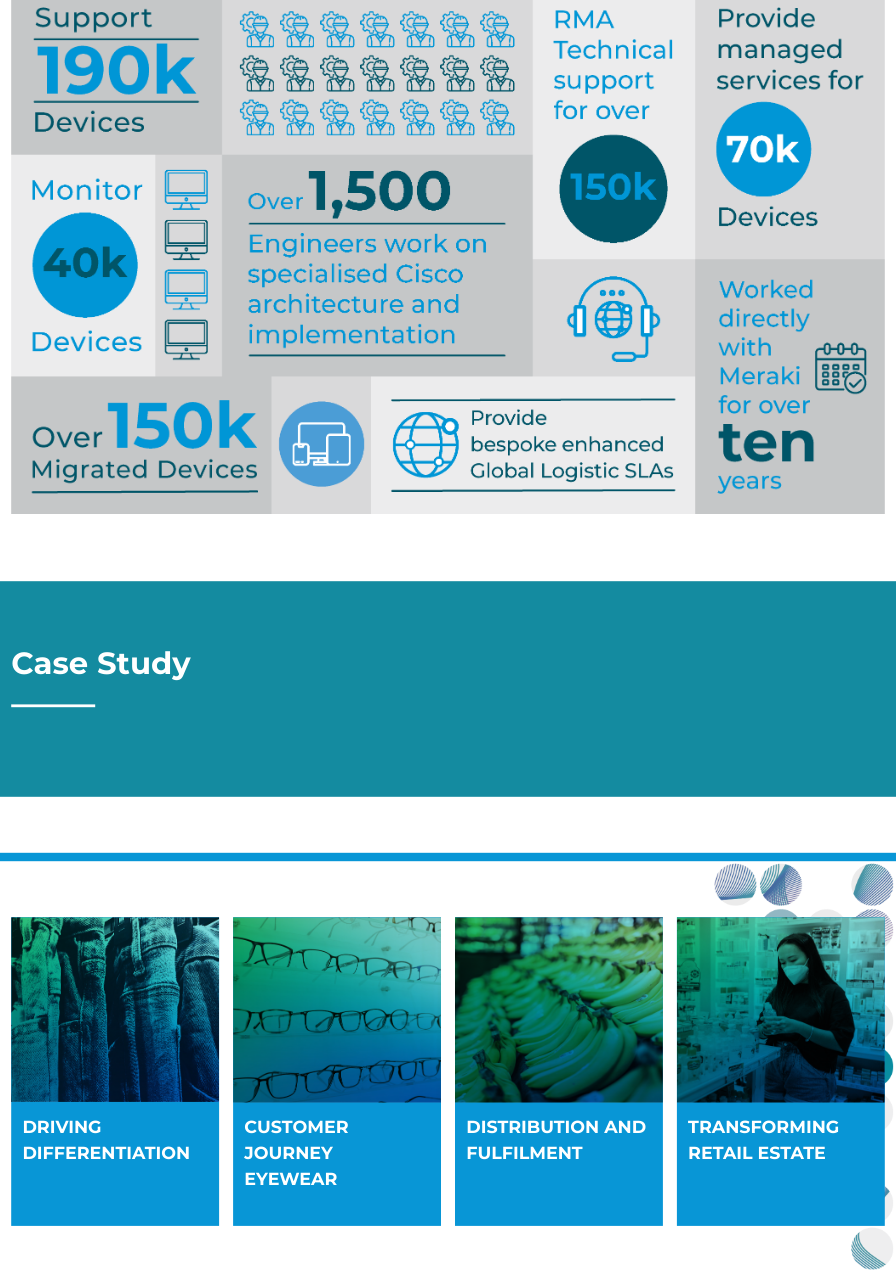
Repository: spaceship9999/ReactIsBack
Page: /
These files come from the project's save history. The page is drawn as it stood at one moment and after the next save; the edit follows.
The browser window is 1280 px wide. The pictures show the part of the page from y = 1805 to 3725 px (the page is 3637 px tall before and 3725 px after), at 70% of full size.
The page's requests for data from a server got no answer. The project was rebuilt for these pictures with package versions that can differ from the ones it lists, and the page was loaded fresh each time. The framework's server and built-in components were replaced by stand-ins that run in the browser. No one was signed in, and anything a server would have sent is missing. Also part of the build but not shown: next.config.js.

Above is the page before, as saved 2023-03-27 00:08:13.

### src/app/layout.tsx
import './globals.scss'

export const metadata = {
  title: 'Create Next App',
  description: 'Generated by create next app',
}

export default function RootLayout({
  children,
}: {
  children: React.ReactNode
}) {
  return (
    <html lang="en">
      <body>{children}</body>
    </html>
  )
}

### src/app/page.tsx
'use client'

import Link from "next/link";
import Header from "./Header";
import Award from "./Award";
import Banner from "./Banner";
import Posts from "./Posts";
import SingleColumnTextMedia from "./SingleColumnTextMedia";
import CaseStudy from "./CaseStudy";
import Introduction from "./Introduction";

export default function Home() {
  return (
    <main>
      <Header></Header>
      <Award/>
      <Banner
        heading="NSC operates in 180 countries across multiple time zones, currencies and languages"
        image="/img/Cisco_Banner.png" content="orem Ipsum is simply dummy text of the printing and typesetting industry. Lorem Ipsum has been the industry's standard dummy text ever since the 1500s, when an unknown printer took a galley of type and scrambled it to make a type specimen book. It has survived not only five centuries, but also the leap into electronic typesetting, remaining essentially unchanged." position={""}/>
      <Posts/>
      <SingleColumnTextMedia heading="Making our Retail customers&#8217; digital ambitions a reality with
        CISCO&#8217;s Meraki Dashboard"
        link={{ link: '/', title: '&#10084; <span class="font-montserrat">CTA</span> &#10084;'}}
        image="/img/NSC_Cisco_Infographic.png"
        content="Lorem Ipsum is simply dummy text of the printing and typesetting industry. Lorem Ipsum has been the industry's standard dummy text ever since the 1500s, when an unknown printer took a galley of type and scrambled it to make a type specimen book. It has survived not only five centuries, but also the leap into electronic typesetting, remaining essentially unchanged.">
      </SingleColumnTextMedia>
      <CaseStudy></CaseStudy>
      <Introduction/>
    </main>
  )
}

### src/app/globals.scss
@tailwind base;
@tailwind components;
@tailwind utilities;

@import "./scss/fonts";
@import "./scss/global";
@import "./scss/typography";

### src/app/Header.tsx
import Link from "next/link";

export default function Header() {
    return (
        <div className="container py-5">
            <div className="flex justify-between items-center">
                <Link href="/" >
                    <Logo className="w-[85px] h-[50px]" />
                </Link>
                <nav className="flex gap-7 font-montserrat font-medium text-grey">
                    <Link href="/who-we-are" >
                        Who we are
                    </Link>
                    <Link href="/what-we-do" >
                        What we do
                    </Link>
                    <Link href="/what-we-do" >
                        Service portfolio
                    </Link>
                    <Link href="/what-we-do" >
                        Case studies
                    </Link>
                    <Link href="/what-we-do" >
                        Partners
                    </Link>
                    <Link href="/what-we-do" >
                        Work with us
                    </Link>
                    <Link href="/what-we-do" >
                        Careers
                    </Link>
                    <Link href="/what-we-do" >
                        Contact
                    </Link>
                    <button className="flex items-center gap-x-1">
                        <img src="/img/gb-flag.png" className="w-full"/>
                        English
                    </button>
                    <button>
                        <Search/>
                    </button>
                </nav>
            </div>
        </div>
    )
}


const Logo = (props : { className: string}) => {
    const { className } = props;
    return (
        <svg className={className} xmlns="http://www.w3.org/2000/svg" viewBox="0 0 283.4 156" preserveAspectRatio="xMinYMid meet">
            <path id="nsc_global_logo" d="M67,107.8a10.074,10.074,0,0,1-10,9.9c-5.9.2-11.2-4.5-11.2-9.9V71.6c0-7.4-4.1-11.5-12.4-11.5-6.3,0-12.2.6-12.2,4.2v43.5c0,5.4-4.4,9.9-10.9,9.9-4.9,0-10.3-4.4-10.3-9.9V54.2c0-3.6,1-5.3,3.5-7C8,44,18.6,39.3,34,39.3c21.6,0,33,11.2,33,31.2Zm48.8-37.6L106,68c-6.4-1.4-7.3-3.2-7.3-5,0-3,3.1-4.7,8.6-4.7a31.5,31.5,0,0,1,10.9,2.5,19.538,19.538,0,0,0,7.6,2,8.7,8.7,0,0,0,6.7-3.1,10.468,10.468,0,0,0,2.5-7.6,9.067,9.067,0,0,0-3.5-6.6c-4.9-4-13.9-6.5-23.5-6.5-18,0-29.7,9.6-29.7,24.4,0,11.1,7.4,18.9,21.3,22.5,3.8,1,4.8,1.2,6.8,1.6.9.2,1.9.4,3.5.8,6.2,1.5,7.1,3.5,7.1,5.3,0,4.6-6.5,5.1-9.3,5.1a31.582,31.582,0,0,1-15.9-4.4,12.9,12.9,0,0,0-6.2-2A9.431,9.431,0,0,0,78,96.2c-3,3.9-2.1,10,1.9,13.3,4.6,3.8,13,8.3,27.4,8.3,18.2,0,30.4-10.2,30.4-25.4-.1-11.4-7.2-18.7-21.9-22.2Zm95.9,19.2c-2.2-2.9-6.3-4.2-10-4-4.7.2-7.3,1.7-9,4.9-2.7,4.7-6.5,7.3-12.2,7.3-7.8,0-12.9-4.9-13.7-12.9a95.4,95.4,0,0,1,0-13.1c.8-7.7,5.8-12.1,13.7-12.1a13.278,13.278,0,0,1,11.2,6.1c2.7,3.9,5.7,5.1,8.8,5.2,3.7.2,8-.7,10.6-3.9,1.4-1.7,1.7-4.3,1-7C209.8,51,199,39.2,179.9,39.2c-19,0-33.1,12.1-34.2,29.5a152.151,152.151,0,0,0,0,19.1c1.5,17.5,15.9,30.3,34.2,30.3,19.1,0,29.9-10.6,33-21.3.8-3.3.1-5.7-1.2-7.4Zm60,12.3c0-14.8,11.7-17.8,11.7-23.7s-11.7-8.9-11.7-23.7V15.9A15.939,15.939,0,0,0,255.8,0H231c-6.1,0-11,4-11,10,0,6.3,5.1,10.3,11.1,10.3h14.6a4.739,4.739,0,0,1,4.8,4.8V54.3c0,18.9,9.7,20.5,9.7,23.7s-9.7,4.9-9.7,23.7v29.2a4.739,4.739,0,0,1-4.8,4.8H231.1c-6,0-11.1,3.9-11.1,10.3,0,6,4.9,10,11.1,10h24.8a15.938,15.938,0,0,0,15.9-15.9V101.7Z" fill="#0f1c54"></path>
        </svg>
    )
}

const Search = () => {
    return (
        <svg xmlns="http://www.w3.org/2000/svg" className="w-3 h-3" fill="currentColor" viewBox="0 0 16 16">
            <path d="M11.742 10.344a6.5 6.5 0 1 0-1.397 1.398h-.001c.03.04.062.078.098.115l3.85 3.85a1 1 0 0 0 1.415-1.414l-3.85-3.85a1.007 1.007 0 0 0-.115-.1zM12 6.5a5.5 5.5 0 1 1-11 0 5.5 5.5 0 0 1 11 0z" />
        </svg>
    )
}

### src/app/Award.tsx
export default function Award() {
    return (
        <div className="bg-light-grey py-5">
            <div className="container">
                <img className="w-[125px] shadow-md" src="/img/cisco-partner-o.png"/>
            </div>
        </div>
    )
}

### src/app/Banner.tsx

interface BannerProps {
    heading: string;
    content: string;
    image: string;
    position: string;
}



export default function Banner({heading, content, image, position = "center"}: BannerProps) {
    return (
        <div className="py-20 md:py-24 lg:py-[185px] relative overflow-hidden">
            <img src={image}
             className={`absolute inset-0 w-full h-full object-cover ${position === 'center' ? 'object-center': 'object-start'}`}/>
             <div className="container">
                <div className="flex flex-col items-center relative z-10 text-white md:max-w-[910px] text-center md:text-left">
                    <h2 className="text-white font-montserrat t-36 font-bold mb-6">{heading}</h2>
                    <div className="font-rubik t-24 lg:pr-20">
                        { content }
                    </div>
                </div>
             </div>
        </div>
    )
}

### src/app/Posts.tsx
import usePosts from "./hooks/usePosts";

export default function Posts() {
    const posts = usePosts();
    return (
        <div className="bg-gradient-to-r from-[#148ca0] to-[#0f1c54] py-16">
            <div className="container">
                <div className="lg:px-10">
                    <h2 className="text-white t-48 font-montserrat font-bold pb-4 lg:pb-10 relative leading-none
                                after:absolute after:left-0 after:bottom-0 after:h-[4px] after:w-[120px] after:bg-white">
                        Latest posts
                    </h2>
                    <div className="mt-9 mb-12 font-rubik text-white">
                        <div className="mb-3">
                            We solve all kinds of business problems.
                        </div>
                        <div className="font-medium">
                            Below are just a few we&apos;ve done recently...
                        </div>
                    </div>
                    <div className="grid grid-cols-1 md:grid-cols-2 lg:grid-cols-3 gap-x-9 gap-y-8 xl:gap-x-[72px] xl:gap-y-[60px] ">
                        {
                            posts?.map((post) =>
                            (
                                <div key={post?.id} className="flex flex-col justify-between p-8 bg-white font-rubik">
                                    <div>
                                        <h3 className="t-18 text-dark-blue font-medium pb-4 relative leading-[1.33]
                                        after:absolute after:bottom-0 after:left-0 after:w-[80px] after:h-[2px] after:bg-light-green">{post?.title}</h3>
                                        <div className="pt-4 t-14 leading-[1.2] text-dark-blue mb-6">
                                            {post?.body}
                                        </div>
                                    </div>
                                    <div>
                                        <a className="inline-block bg-light-green text-white t-14 rounded-full px-5 py-[10px] font-semibold tracking-tight" href={`/post/${post?.id}`}>
                                            Read more <span className="font-normal ml-1">&gt;</span>
                                        </a>
                                    </div>
                                </div>
                            )
                            )
                        }
                    </div>
                    <div className="pt-14 flex flex-col lg:flex-row gap-y-4 font-rubik items-center justify-between">
                        <div className="flex gap-1">
                            <button className="rounded-full flex justify-center items-center bg-white text-dark-blue w-9 h-9 font-bold">1</button>
                            <button className="rounded-full flex justify-center items-center bg-white text-grey w-9 h-9 font-bold">2</button>
                            <button className="rounded-full flex justify-center items-center bg-white text-grey w-9 h-9 font-bold">3</button>
                            <button className="rounded-full flex justify-center items-center bg-white text-grey w-9 h-9 font-bold text-sm">&gt;</button>
                            <button className="rounded-full flex justify-center items-center bg-white text-grey w-9 h-9 font-bold text-sm">&gt;&gt;</button>
                        </div>
                        <div className="font-bold text-white">
                            Page 1 of 18
                        </div>
                    </div>

                </div>

            </div>
        </div>
    )
}

### src/app/SingleColumnTextMedia.tsx
interface button {
    link: string,
    title: string
}

interface TextMedia {
    heading: string,
    content: string,
    link: button,
    image: string
}

import { motion } from "framer-motion"

export default function SingleColumnTextMedia({ heading, content, link, image }: TextMedia) {
    return (
        <div className="container">
            <div className="pt-12 pb-24">
                <div className="xl:pr-24 text-dark-blue">
                    <h3 className=" font-montserrat t-36 font-bold mb-5">{heading}</h3>
                    <div className="font-rubik t-20 leading-[1.8] mb-8">{ content }</div>
                    {
                        link && (
                            <motion.a
                                whileHover={{ scale: 1.2, transition: { duration: 1, ease: [0, .6, .18, .98]}}}
                            className="inline-block py-6 px-[70px] t-20 text-white bg-light-blue font-bold rounded-[1.8rem]
                            outline outline-1 outline-offset-4 outline-light-blue" href={link?.link}
                            dangerouslySetInnerHTML={{__html: link.title}}/>
                        )
                    }
                </div>
                {
                    image && (
                        <div className="mt-32">
                            <img src={image} className="w-full" />
                        </div>
                    )
                }
            </div>
        </div>

    )
}

### src/app/CaseStudy.tsx
import { motion } from "framer-motion";
import usePosts from "./hooks/usePosts";


export default function CaseStudy() {
    const posts = usePosts();
    return (
        <div className="bg-light-green py-24 mb-20">
            <div className="container">
                <h2 className="text-white t-48 font-montserrat font-bold pb-4 lg:pb-10 relative leading-none mb-8
                            after:absolute after:left-0 after:bottom-0 after:h-[4px] after:w-[120px] after:bg-white">
                    Case Study
                </h2>
                <div className="grid grid-cols-1 md:grid-cols-2 lg:grid-cols-3 gap-x-9 gap-y-8 xl:gap-x-[72px] xl:gap-y-[60px] ">
                    {
                        posts?.map((post) =>
                        (
                            <div key={post?.id} className="flex flex-col justify-between bg-white font-rubik">
                                <div className="">
                                    <div className="aspect aspect-[4/3] ">
                                        <img className="w-full h-full object-cover object-center" src="https://picsum.photos/410/200" />
                                    </div>
                                    <div className="px-8 pt-8">
                                        <h3 className="t-18 text-dark-blue font-medium pb-4 relative leading-[1.33]
                                        after:absolute after:bottom-0 after:left-0 after:w-[80px] after:h-[2px] after:bg-light-green">{post?.title}</h3>
                                        <div className="pt-4 t-14 leading-[1.2] text-dark-blue mb-6">
                                            {post?.body}
                                        </div>
                                    </div>
                                </div>

                                <div className="px-8 p-8">
                                    <motion.a
                                        whileHover={{ scale: 1.2, transition: { duration: 1, ease: [0, .6, .18, .98] }}}
                                        className="inline-block bg-light-green text-white t-14 rounded-full px-5 py-[10px] font-semibold tracking-tight" href={`/post/${post?.id}`}>
                                        Read more <span className="font-normal ml-1">&gt;</span>
                                    </motion.a>
                                </div>
                            </div>
                        )
                        )
                    }
                </div>
            </div>
        </div>

    )
}

### src/app/scss/_fonts.scss
@font-face {
    font-family: 'Rubik';
    font-display: swap;
    font-style: italic;
    src: url(/fonts/Rubik-Italic-VariableFont_wght.ttf) format('truetype'),
}

@font-face {
    font-family: 'Rubik';
    font-display: swap;
    font-style: normal;
    src: url(/fonts/Rubik-VariableFont_wght.ttf) format('truetype'),
}

@font-face {
    font-family: 'Montserrat';
    font-display: swap;
    font-style: normal;
    src: url(/fonts/Montserrat-VariableFont_wght.ttf) format('truetype'),
}

@font-face {
    font-family: 'Montserrat';
    font-display: swap;
    font-style: italic;
    src: url(/fonts/Montserrat-Italic-VariableFont_wght.ttf) format('truetype'),
}

### src/app/scss/_global.scss
.container {
    width: 100%;
    max-width: 1342px;
    padding-left: 1rem;
    padding-right: 1rem;
}

### src/app/scss/_typography.scss
.t-48 {
    font-size: clamp(24px, 3.429vw, 48px);
}
.t-36 {
    font-size: clamp(24px, 2.571vw, 36px);
}

.t-25 {
    font-size: clamp(24px, 2.571vw, 25px);
}

.t-24 {
    font-size: clamp(16px, 1.286vw, 24px);
}
.t-20 {
    font-size: clamp(16px, 1.286vw, 20px);
}
.t-18 {
    font-size: clamp(16px, 1.286vw, 18px);
}

.t-14 {
    font-size: clamp(14px, 1.286vw, 14px);
}

### src/app/hooks/usePosts.tsx
import { useEffect, useState } from "react";

interface Post {
    userId: number,
    id: number,
    title: string,
    body: string,
}


export default function usePosts(currentPage = 0, numPosts = 6) {
    const [ posts, setPosts ] = useState<Post[]>([]);
    useEffect(() => {
        async function fetchData() {
            const rsult = await fetch("https://jsonplaceholder.typicode.com/posts/")
            const posts = await rsult.json()
            setPosts(posts)
        }
        fetchData();
    }, [])

    //console.log(posts.slice(currentPage * numPosts, numPosts))
    return posts.slice(currentPage * numPosts, numPosts);
}

### src/app/CallToAction.tsx
export default function CallToAction() {
    return (
        <div className="bg-light-grey py-8">
            <div className="container">
                <a href="/" className="bg-lighter-blue rounded-full px-3">Learn More</a>
            </div>
        </div>
    )
}

Loaded but not shown: tailwind.config.js (32 lines, source omitted); src/app/Introduction.tsx (93 lines, source omitted)

After the next save:
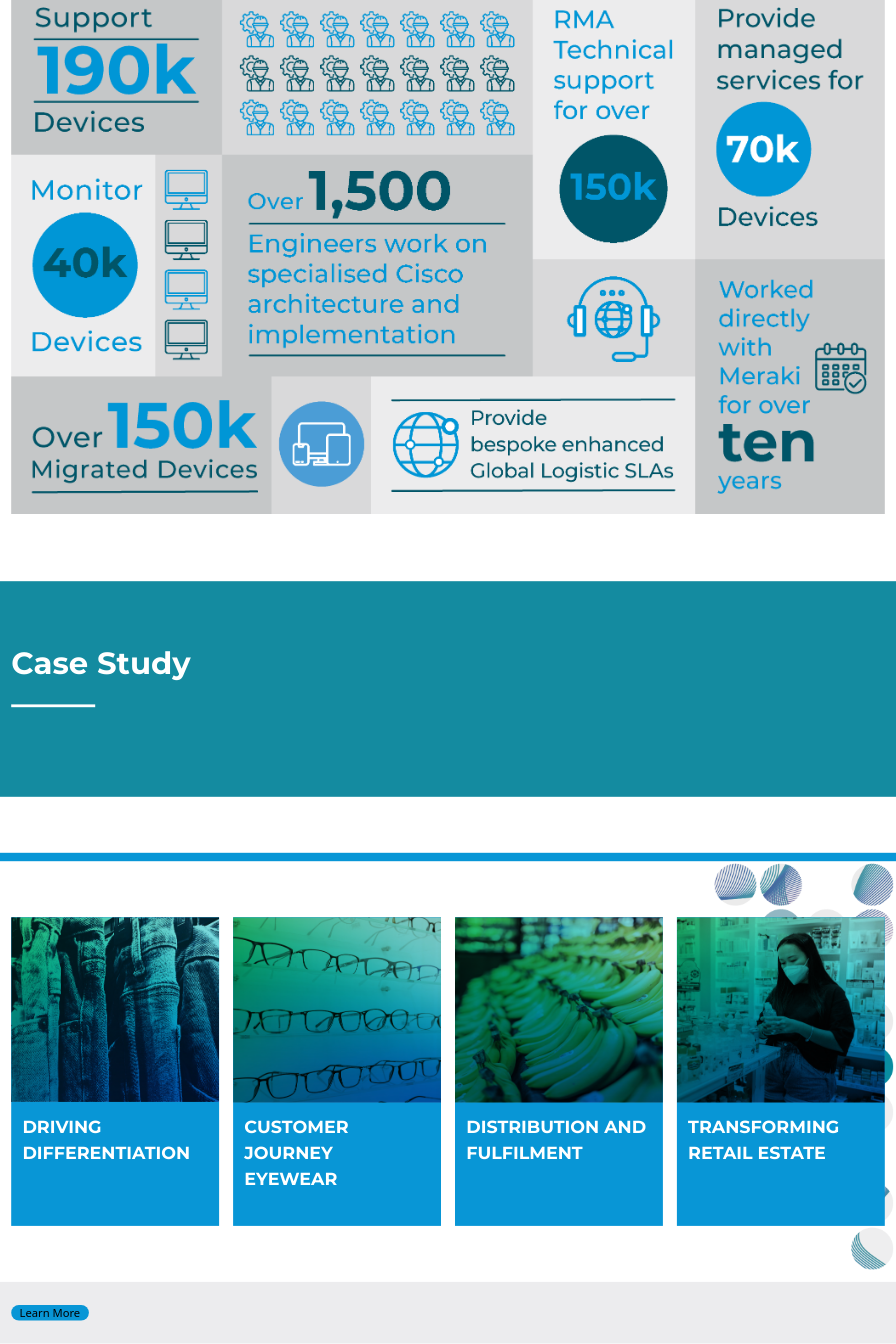
Saved 17 s later.
--- a/src/app/page.tsx
+++ b/src/app/page.tsx
@@ -8,6 +8,7 @@
 import SingleColumnTextMedia from "./SingleColumnTextMedia";
 import CaseStudy from "./CaseStudy";
 import Introduction from "./Introduction";
+import CallToAction from "./CallToAction";
 
 export default function Home() {
   return (
@@ -26,6 +27,7 @@
       </SingleColumnTextMedia>
       <CaseStudy></CaseStudy>
       <Introduction/>
+      <CallToAction/>
     </main>
   )
 }
